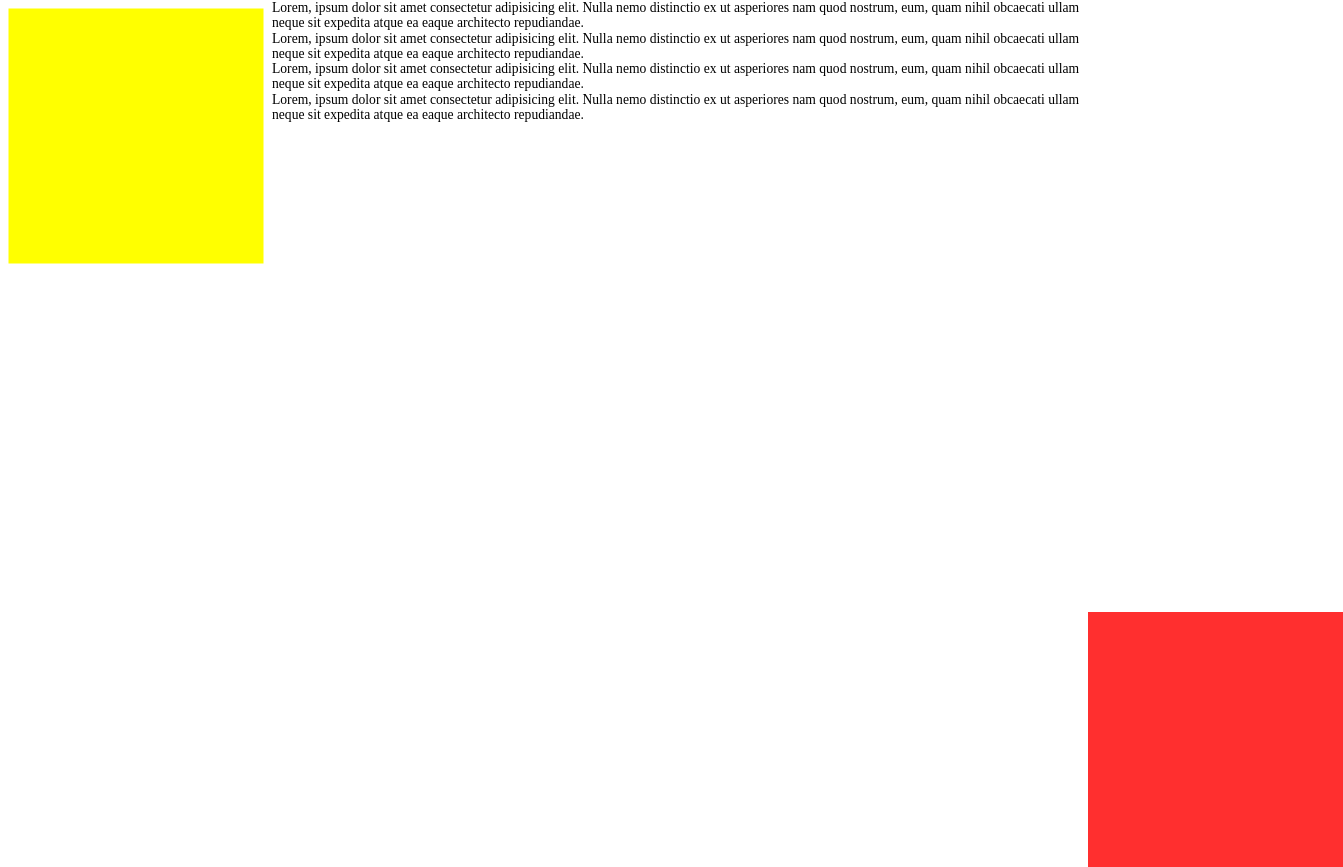
Repository: danilodscosta/CursoHTML
Page: aula1/aulascss.html
The author's editor kept a copy of each file at every save. The page is drawn from the files as they stood at one save, then again after the next save.
The browser window is 1280 px wide. The page is 1580 px wide, then 1280 px, so the pictures cover 1580 px, including what lies to the right of the window. The pictures show the whole page, at 85% of full size.

Above is the page before, as saved 2024-01-11 15:37:40.

After the next save:
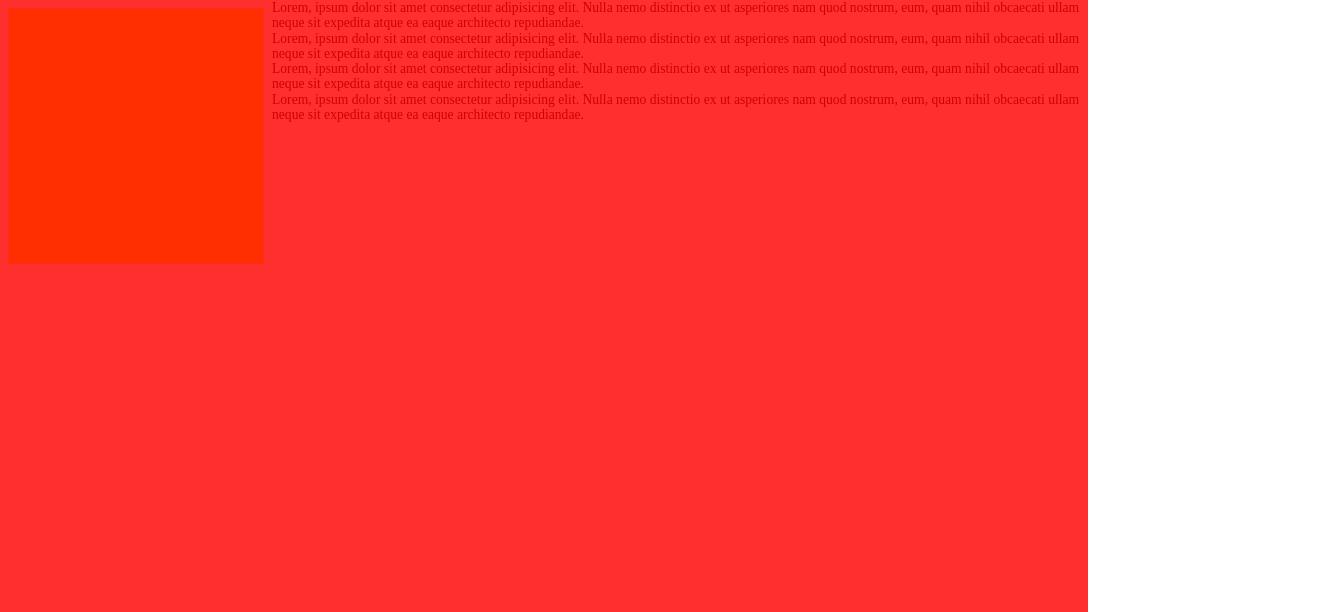
Saved 49 s later.
--- a/aula1/assets/css/aulasstyle.css
+++ b/aula1/assets/css/aulasstyle.css
@@ -18,8 +18,8 @@ ID Classes, atributos e pseudo-classes  Elementos e pseudo-elementos
 
 .filha1 {
     position: absolute;
-    top: 100%;
-    left: 100%;
+    width: 100%;
+    height: 100%;
     margin: 0;
 }
 
